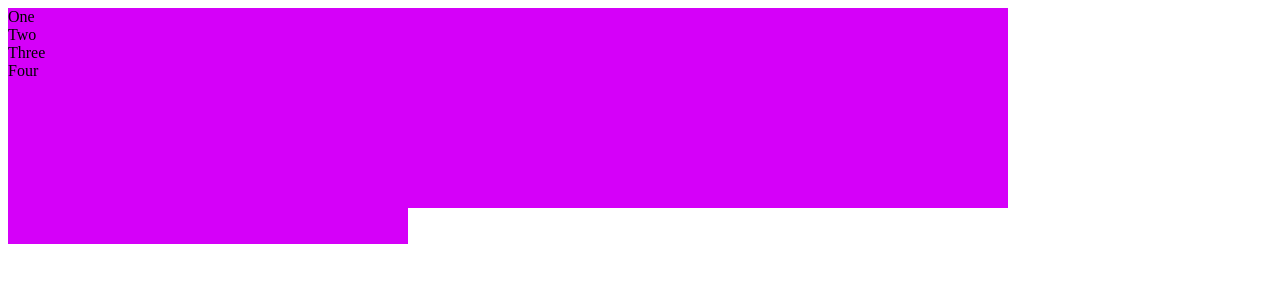
Repository: LavriaNeptune/css-basic
Page: position/z-index.html
An editor plug-in stored every save of this project. The page is shown before and after a run of saves, followed by the edit.
The browser window is 1280 px wide. The pictures show the whole page.

Above is the page before, as saved 2022-08-19 20:29:02.

### position/z-index.html
<!DOCTYPE html>
<html>
  <body>
    <style>
      #one {
        width: 1000px;
        height: 200px;
        background-color: #d500f9;
      }
      #two {
        width: 400px;
        height: 200px;
        background-color: #d500f9;
      }
      #three {
        width: 400px;
        height: 200px;
        background-color: #d500f9;
      }
      #fore {
        width: 200px;
        height: 200px;
        background-color: #d500f9;
      }
    </style>
  </body>
  <body>
    <div id="one">
      One
      <div id="two">
        Two
        <div id="three">
          Three
          <div id="four">Four</div>
        </div>
      </div>
    </div>
  </body>
</html>

After the next 3 saves:
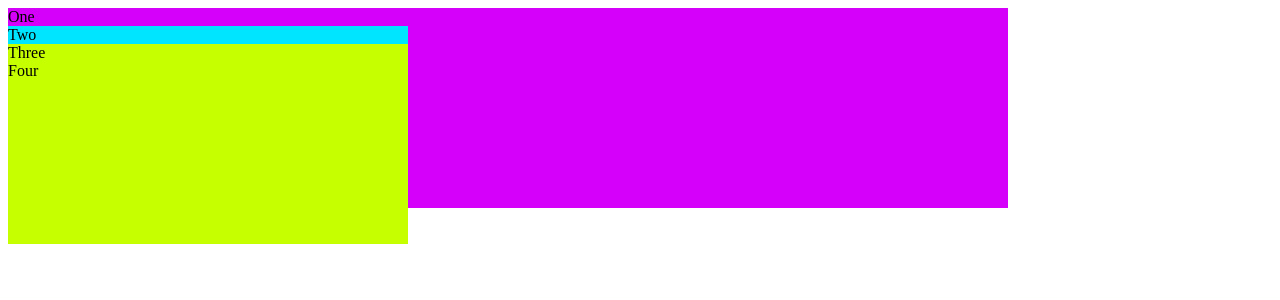
The 3 saves are shown as one change because they came seconds apart.
The last was saved 20 s later.
--- a/position/z-index.html
+++ b/position/z-index.html
@@ -10,17 +10,17 @@
       #two {
         width: 400px;
         height: 200px;
-        background-color: #d500f9;
+        background-color: #00e5ff;
       }
       #three {
         width: 400px;
         height: 200px;
-        background-color: #d500f9;
+        background-color: #c6ff00;
       }
       #fore {
         width: 200px;
         height: 200px;
-        background-color: #d500f9;
+        background-color: #ff3d00;
       }
     </style>
   </body>
